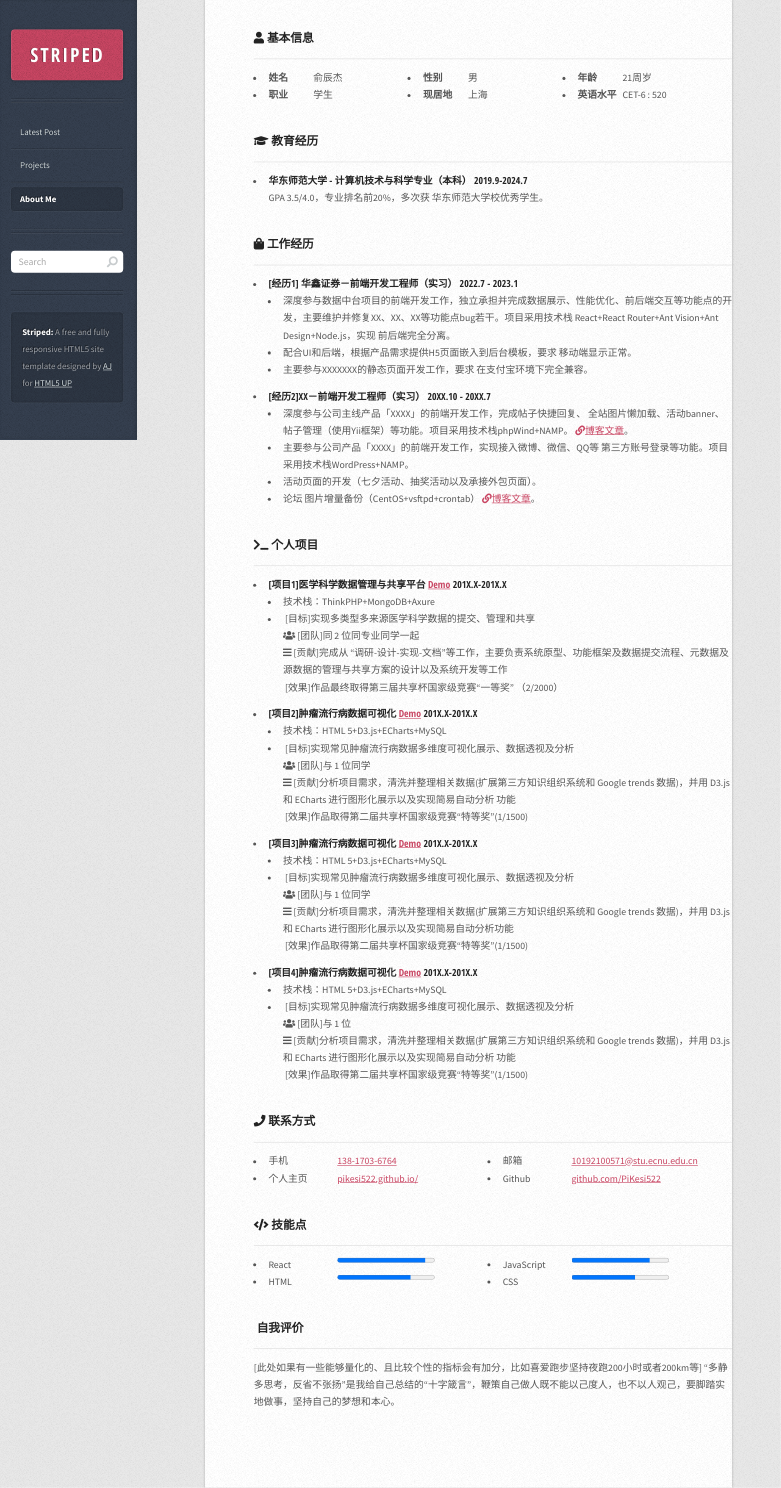
Repository: PiKesi522/PiKesi522.github.io
Page: about.html
An editor plug-in stored every save of this project. The page is shown before and after the next save, followed by the edit.
The browser window is 1280 px wide. The pictures show the whole page, at 61% of full size.

Above is the page before, as saved 2023-04-10 18:53:13.

### about.html
<!DOCTYPE HTML>
<!--
	Striped by HTML5 UP
	html5up.net | @ajlkn
	Free for personal and commercial use under the CCA 3.0 license (html5up.net/license)
-->
<html>

<head>
    <title>Striped by HTML5 UP</title>
    <meta charset="utf-8" />
    <meta name="viewport" content="width=device-width, initial-scale=1, user-scalable=no" />
    <link rel="stylesheet" href="assets/css/main.css" />
</head>

<body class="is-preload">

    <!-- Content -->
    <div id="content">
        <div class="inner">

            <article class="container">
                <section class="side" id="side">
                    <!-- 个人肖像 -->
                    <!-- <section class="me"> -->

                    <!-- <h6 class="name" style="font-size: 30px;">PiKesi</h6> -->
                    <!-- <section class="portrait"> -->
                    <!-- 头像照片 -->
                    <!-- <img class="avatar" src="assets/images/avatar.jpg" style="padding-top: 1vh; width: 300px;" onload="loading()"> -->
                    <!-- </section> -->

                    <!-- </section> -->

                    <!-- 基本信息 -->
                    <section class="profile info-unit">
                        <h2>
                            <i class="fa fa-user" aria-hidden="true"></i> 基本信息
                        </h2>
                        <hr />
                        <ul style="display: grid;grid-template-columns:repeat(3, 33%);">
                            <li>
                                <div>
                                    <label style="font-weight: 600;">姓名</label>
                                    <span>俞辰杰</span>
                                </div>
                            </li>
                            <li>
                                <div>
                                    <label style="font-weight: 600;">性别</label>
                                    <span>男</span>
                                </div>
                            </li>
                            <li>
                                <div>
                                    <label style="font-weight: 600;">年龄</label>
                                    <span>21周岁</span>
                                </div>
                            </li>
                            <li>
                                <div>
                                    <label style="font-weight: 600;">职业</label>
                                    <span>学生</span>
                                </div>
                            </li>
                            <li>
                                <div>
                                    <label style="font-weight: 600;">现居地</label>
                                    <span>上海</span>
                                </div>
                            </li>
                            <li>
                                <div>
                                    <label style="font-weight: 600;">英语水平</label>
                                    <span>CET-6 : 520</span>
                                </div>
                            </li>
                            <!-- <li>
                                        <label>计算机水平</label>
                                        <span>软考中级</span>
                                    </li> -->
                        </ul>
                    </section>


                    <!--
                    <section class="qrcode info-unit">
                        <h2><i class="fa fa-qrcode" aria-hidden="true"></i>二维码</h2>
                        <hr />
                        <img src="https://github.com/if2er/FeZaoDuKe-Collection/blob/master/ifeees.jpg?raw=true"
                            style="width: 100%;" alt="">
                    </section> -->

                    <!-- 技术栈 -->
                    <!-- <div class="stack info-unit">
                                    <h2><i class="fa fa-code" aria-hidden="true"></i>其他</h2>
                                    <hr/>
                                    <ul>
                                        <li>
                                            <label>前端</label>
                                            <span>React、jQuery、微信小程序、Bootstrap、SASS、LESS</span>
                                        </li>
                                        <li>
                                            <label>后端</label>
                                            <span>Node.js、MySQL、MongoDB、WordPress、ThinkPHP</span>
                                        </li>
                                        <li>
                                            <label>其他</label>
                                            <span>Git、SVN、Markdown</span>
                                        </li>
                                    </ul>
                                </div> -->
                </section>

                <section class="main">

                    <!-- 教育经历 -->
                    <section class="edu info-unit">
                        <h2>
                            <i class="fa fa-graduation-cap" aria-hidden="true"></i> 教育经历
                        </h2>
                        <hr />
                        <ul>
                            <!-- <li>
                                <h3>
                                    <span>华东师范大学 - 计算机技术与科学专业</span>
                                    <time>2019.9-2024.7</time>
                                </h3>
                                <p>GPA
                                    <mark>3.5/4.0</mark>，期间发表国际会议英文摘要X篇，国内核心期刊文章X篇（其中第一作者X篇），获XXX，XXX2次，XXX2次。(此处根据自身情况填写，可以突出自己的亮点，或者跟求职目标相关的内容)
                                </p>
                            </li> -->
                            <li>
                                <h3>
                                    <span>华东师范大学 - 计算机技术与科学专业（本科）</span>
                                    <time>2019.9-2024.7</time>
                                </h3>
                                <p>GPA
                                    <mark>3.5/4.0</mark>，专业排名前20%，多次获 华东师范大学校优秀学生。
                                </p>
                            </li>
                        </ul>
                    </section>

                    <!-- 工作经历 -->
                    <section class="work info-unit">
                        <h2>
                            <i class="fa fa-shopping-bag" aria-hidden="true"></i> 工作经历
                        </h2>
                        <hr />
                        <ul>
                            <li>
                                <h3>
                                    <span>[经历1] 华鑫证券－前端开发工程师（实习）</span>
                                    <time>2022.7 - 2023.1</time>
                                </h3>
                                <ul class="info-content">
                                    <li>深度参与数据中台项目的前端开发工作，独立承担并完成数据展示、性能优化、前后端交互等功能点的开发，主要维护并修复XX、XX、XX等功能点bug若干。项目采用技术栈
                                        <mark>React+React Router+Ant Vision+Ant Design+Node.js</mark>，实现
                                        <mark>前后端完全分离</mark>。
                                    </li>
                                    <li>配合UI和后端，根据产品需求提供H5页面嵌入到后台模板，要求
                                        <mark>移动端显示正常</mark>。
                                    </li>
                                    <li>主要参与XXXXXXX的静态页面开发工作，要求
                                        <mark>在支付宝环境下完全兼容</mark>。
                                    </li>
                                </ul>
                            </li>
                            <li>
                                <h3>
                                    <span>[经历2]XX－前端开发工程师（实习）</span>
                                    <time>20XX.10 - 20XX.7</time>
                                </h3>
                                <ul class="info-content">
                                    <li>深度参与公司主线产品「XXXX」的前端开发工作，完成帖子快捷回复、
                                        <mark>全站图片懒加载</mark>、活动banner、帖子管理（使用Yii框架）等功能。项目采用技术栈phpWind+NAMP。
                                        <a href="http://itsay.tech/162/" target="_blank">
                                            <i class="fa fa-link" aria-hidden="true"></i>博客文章</a>。
                                    </li>
                                    <li>主要参与公司产品「XXXX」的前端开发工作，实现接入微博、微信、QQ等
                                        <mark>第三方账号登录</mark>等功能。项目采用技术栈WordPress+NAMP。
                                    </li>
                                    <li>活动页面的开发（七夕活动、抽奖活动以及承接外包页面）。</li>
                                    <li>论坛
                                        <mark>图片增量备份</mark>（CentOS+vsftpd+crontab）
                                        <a href="#" target="_blank">
                                            <i class="fa fa-link" aria-hidden="true"></i>博客文章</a>。
                                    </li>
                                </ul>
                            </li>
                        </ul>
                    </section>

                    <!-- 项目经验 -->
                    <section class="project info-unit">
                        <h2>
                            <i class="fa fa-terminal" aria-hidden="true"></i> 个人项目
                        </h2>
                        <hr />
                        <ul>
                            <li>
                                <h3>
                                    <span>[项目1]医学科学数据管理与共享平台</span>
                                    <span class="link">
                                        <a href="#" target="_blank">Demo</a>
                                    </span>
                                    <time>201X.X-201X.X</time>
                                </h3>
                                <ul class="info-content">
                                    <li>技术栈：ThinkPHP+MongoDB+Axure</li>
                                    <li>
                                        <i class="fa fa-paper-plane-o" aria-hidden="true"></i>
                                        [目标]实现多类型多来源医学科学数据的提交、管理和共享
                                        <br />
                                        <i class="fa fa-users" aria-hidden="true"></i>
                                        [团队]同 2 位同专业同学一起
                                        <br />
                                        <i class="fa fa-bars" aria-hidden="true"></i>
                                        [贡献]完成从
                                        <mark>“调研-设计-实现-文档”</mark>等工作，主要负责系统原型、功能框架及数据提交流程、元数据及源数据的管理与共享方案的设计以及系统开发等工作
                                        <br />
                                        <i class="fa fa-thumbs-o-up" aria-hidden="true"></i>
                                        [效果]作品最终取得第三届共享杯国家级竞赛“一等奖” （2/2000）
                                    </li>
                                </ul>
                            </li>
                            <li>
                                <h3>
                                    <span>[项目2]肿瘤流行病数据可视化</span>
                                    <span class="link">
                                        <a href="#" target="_blank">Demo</a>
                                    </span>
                                    <time>201X.X-201X.X</time>
                                </h3>
                                <ul class="info-content">
                                    <li>技术栈：HTML 5+D3.js+ECharts+MySQL</li>
                                    <li>
                                        <i class="fa fa-paper-plane-o" aria-hidden="true"></i>
                                        [目标]实现常见肿瘤流行病数据多维度可视化展示、数据透视及分析
                                        <br />
                                        <i class="fa fa-users" aria-hidden="true"></i>
                                        [团队]与 1 位同学
                                        <br />
                                        <i class="fa fa-bars" aria-hidden="true"></i>
                                        [贡献]分析项目需求，清洗并整理相关数据(扩展第三方知识组织系统和 Google trends 数据)，并用
                                        <mark>D3.js</mark> 和
                                        <mark>ECharts</mark> 进行图形化展示以及实现简易自动分析 功能
                                        <br />
                                        <i class="fa fa-thumbs-o-up" aria-hidden="true"></i>
                                        [效果]作品取得第二届共享杯国家级竞赛“特等奖”(1/1500)
                                    </li>
                                </ul>
                            </li>
                            <li>
                                <h3>
                                    <span>[项目3]肿瘤流行病数据可视化</span>
                                    <span class="link">
                                        <a href="#" target="_blank">Demo</a>
                                    </span>
                                    <time>201X.X-201X.X</time>
                                </h3>
                                <ul class="info-content">
                                    <li>技术栈：HTML 5+D3.js+ECharts+MySQL</li>
                                    <li>
                                        <i class="fa fa-paper-plane-o" aria-hidden="true"></i>
                                        [目标]实现常见肿瘤流行病数据多维度可视化展示、数据透视及分析
                                        <br />
                                        <i class="fa fa-users" aria-hidden="true"></i>
                                        [团队]与 1 位同学
                                        <br />
                                        <i class="fa fa-bars" aria-hidden="true"></i>
                                        [贡献]分析项目需求，清洗并整理相关数据(扩展第三方知识组织系统和 Google trends 数据)，并用
                                        <mark>D3.js</mark> 和
                                        <mark>ECharts</mark> 进行图形化展示以及实现简易自动分析功能
                                        <br />
                                        <i class="fa fa-thumbs-o-up" aria-hidden="true"></i>
                                        [效果]作品取得第二届共享杯国家级竞赛“特等奖”(1/1500)
                                    </li>
                                </ul>
                            </li>
                            <li>
                                <h3>
                                    <span>[项目4]肿瘤流行病数据可视化</span>
                                    <span class="link">
                                        <a href="#" target="_blank">Demo</a>
                                    </span>
                                    <time>201X.X-201X.X</time>
                                </h3>
                                <ul class="info-content">
                                    <li>技术栈：HTML 5+D3.js+ECharts+MySQL</li>
                                    <li>
                                        <i class="fa fa-paper-plane-o" aria-hidden="true"></i>
                                        [目标]实现常见肿瘤流行病数据多维度可视化展示、数据透视及分析
                                        <br />
                                        <i class="fa fa-users" aria-hidden="true"></i>
                                        [团队]与 1 位
                                        <br />
                                        <i class="fa fa-bars" aria-hidden="true"></i>
                                        [贡献]分析项目需求，清洗并整理相关数据(扩展第三方知识组织系统和 Google trends 数据)，并用
                                        <mark>D3.js</mark> 和
                                        <mark>ECharts</mark> 进行图形化展示以及实现简易自动分析 功能
                                        <br />
                                        <i class="fa fa-thumbs-o-up" aria-hidden="true"></i>
                                        [效果]作品取得第二届共享杯国家级竞赛“特等奖”(1/1500)
                                    </li>
                                </ul>
                            </li>

                        </ul>
                    </section>

                    <!-- 联系方式 -->
                    <section class="contact info-unit">
                        <h2>
                            <i class="fa fa-phone" aria-hidden="true"></i> 联系方式
                        </h2>
                        <hr />
                        <ul style="display: grid; grid-template-columns:repeat(2, 50%);">
                            <li>
                                <div>
                                    <label>手机</label>
                                    <a href="#" target="_blank">138-1703-6764</a>
                                </div>
                            </li>
                            <li>
                                <div>
                                    <label>邮箱</label>
                                    <a href="mailto:10192100571@stu.ecnu.edu.cn"
                                        target="_blank">10192100571@stu.ecnu.edu.cn</a>
                                </div>
                            </li>
                            <li>
                                <div>
                                    <label>个人主页</label>
                                    <a href="https://pikesi522.github.io/" target="_blank">pikesi522.github.io/</a>
                                </div>
                            </li>
                            <li>
                                <div>
                                    <label>Github</label>
                                    <a href="https://github.com/PiKesi522" target="_blank">github.com/PiKesi522</a>
                                </div>
                            </li>
                        </ul>
                    </section>

                    <!-- 技能点 -->
                    <section class="skill info-unit">
                        <h2>
                            <i class="fa fa-code" aria-hidden="true"></i> 技能点
                        </h2>
                        <hr />
                        <ul style="display: grid; grid-template-columns:repeat(2, 50%);">
                            <li>
                                <div style="display: grid; grid-template-columns: 30% 70%;">
                                    <label>React</label>
                                    <div>
                                        <progress value="90" max="100"></progress>
                                    </div>
                                </div>
                            </li>
                            <li>
                                <div style="display: grid; grid-template-columns: 30% 70%;">
                                    <label>JavaScript</label>
                                    <div>
                                        <progress value="80" max="100"></progress>
                                    </div>
                                </div>
                            </li>
                            <li>
                                <div style="display: grid; grid-template-columns: 30% 70%;">
                                    <label>HTML</label>
                                    <div>
                                        <progress value="75" max="100"></progress>
                                    </div>
                                </div>
                            </li>
                            <li>
                                <div style="display: grid; grid-template-columns: 30% 70%;">
                                    <label>CSS</label>
                                    <div>
                                        <progress value="65" max="100"></progress>
                                    </div>
                                </div>
                            </li>
                        </ul>
                    </section>

                    <!-- 自我评价 -->
                    <section class="work info-unit">
                        <h2>
                            <i class="fa fa-pencil" aria-hidden="true"></i> 自我评价
                        </h2>
                        <hr />
                        <p>[此处如果有一些能够量化的、且比较个性的指标会有加分，比如喜爱跑步坚持夜跑200小时或者200km等]
                            <span
                                class="mark-txt">“多静多思考，反省不张扬”</span>是我给自己总结的“十字箴言”，鞭策自己做人既不能以己度人，也不以人观己，要脚踏实地做事，坚持自己的梦想和本心。
                        </p>
                    </section>
                </section>
            </article>

        </div>
    </div>

    <!-- Sidebar -->
    <div id="sidebar">

        <!-- Logo -->
        <h1 id="logo"><a href="#">STRIPED</a></h1>

        <!-- Nav -->
        <nav id="nav">
            <ul>
                <li><a href="index.html">Latest Post</a></li>
                <li><a href="projects.html">Projects</a></li>
                <li class="current"><a href="about.html">About Me</a></li>
                <!-- <li><a href="#">Contact Me</a></li> -->
            </ul>
        </nav>

        <!-- Search -->
        <section class="box search">
            <form method="post" action="#">
                <input type="text" class="text" name="search" placeholder="Search" />
            </form>
        </section>

        <!-- Text -->
        <section class="box text-style1">
            <div class="inner">
                <p>
                    <strong>Striped:</strong> A free and fully responsive HTML5 site
                    template designed by <a href="http://twitter.com/ajlkn">AJ</a> for <a
                        href="http://html5up.net/">HTML5 UP</a>
                </p>
            </div>
        </section>
    </div>

    <!-- Scripts -->
    <script src="assets/js/jquery.min.js"></script>
    <script src="assets/js/browser.min.js"></script>
    <script src="assets/js/breakpoints.min.js"></script>
    <script src="assets/js/util.js"></script>
    <script src="assets/js/main.js"></script>

</body>

</html>

Loaded but not shown: assets/js/jquery.min.js (library); assets/js/browser.min.js (common file); assets/js/breakpoints.min.js (common file); assets/css/fontawesome-all.min.css (library); assets/js/util.js (587 lines, source omitted); assets/css/main.css (3019 lines, source omitted); public/assets/js/main.js (no copy from this time; the picture is the same without it)

After the next save:
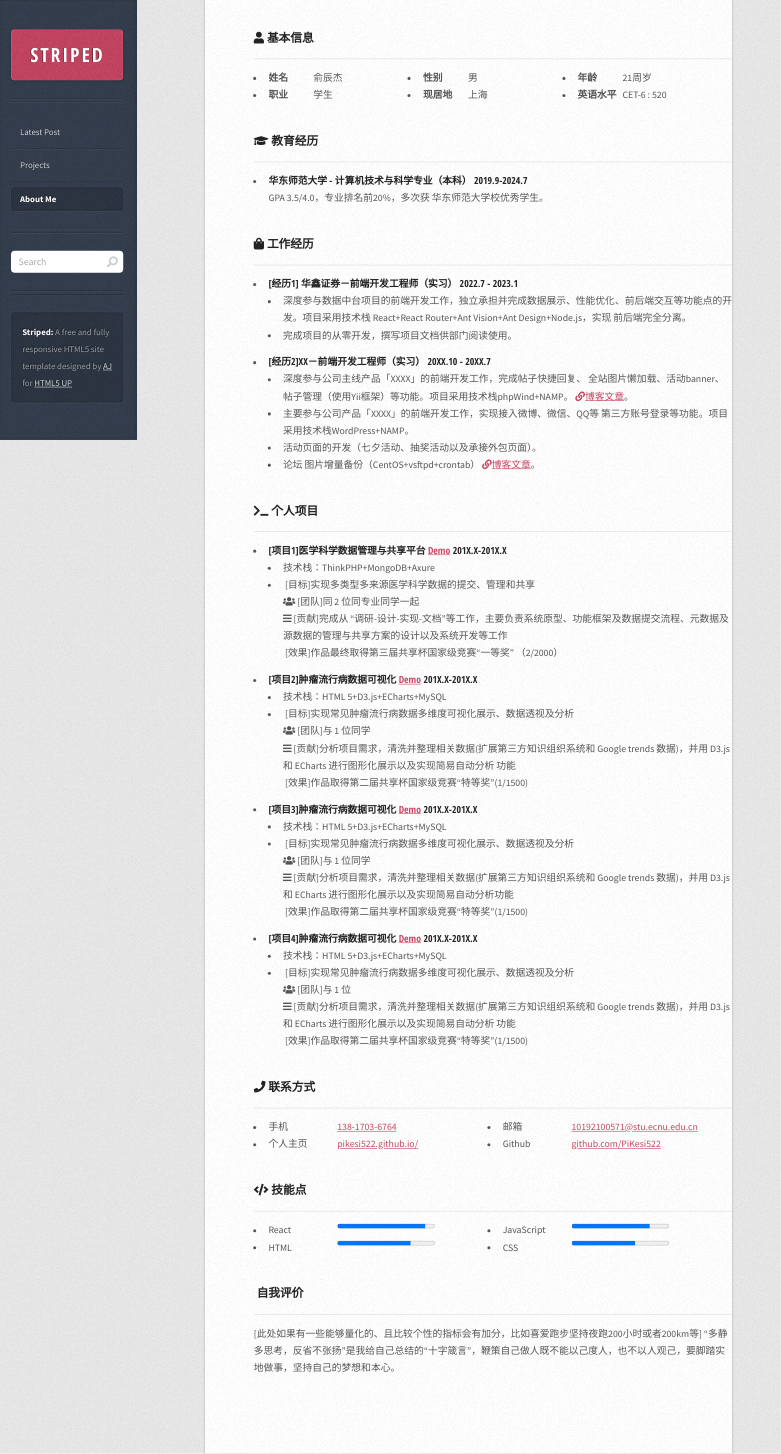
Saved 4 min 43 s later.
--- a/about.html
+++ b/about.html
@@ -155,15 +155,11 @@
                                     <time>2022.7 - 2023.1</time>
                                 </h3>
                                 <ul class="info-content">
-                                    <li>深度参与数据中台项目的前端开发工作，独立承担并完成数据展示、性能优化、前后端交互等功能点的开发，主要维护并修复XX、XX、XX等功能点bug若干。项目采用技术栈
+                                    <li>深度参与数据中台项目的前端开发工作，独立承担并完成数据展示、性能优化、前后端交互等功能点的开发。项目采用技术栈
                                         <mark>React+React Router+Ant Vision+Ant Design+Node.js</mark>，实现
                                         <mark>前后端完全分离</mark>。
                                     </li>
-                                    <li>配合UI和后端，根据产品需求提供H5页面嵌入到后台模板，要求
-                                        <mark>移动端显示正常</mark>。
-                                    </li>
-                                    <li>主要参与XXXXXXX的静态页面开发工作，要求
-                                        <mark>在支付宝环境下完全兼容</mark>。
+                                    <li>完成项目的从零开发，撰写项目文档供部门阅读使用。
                                     </li>
                                 </ul>
                             </li>
